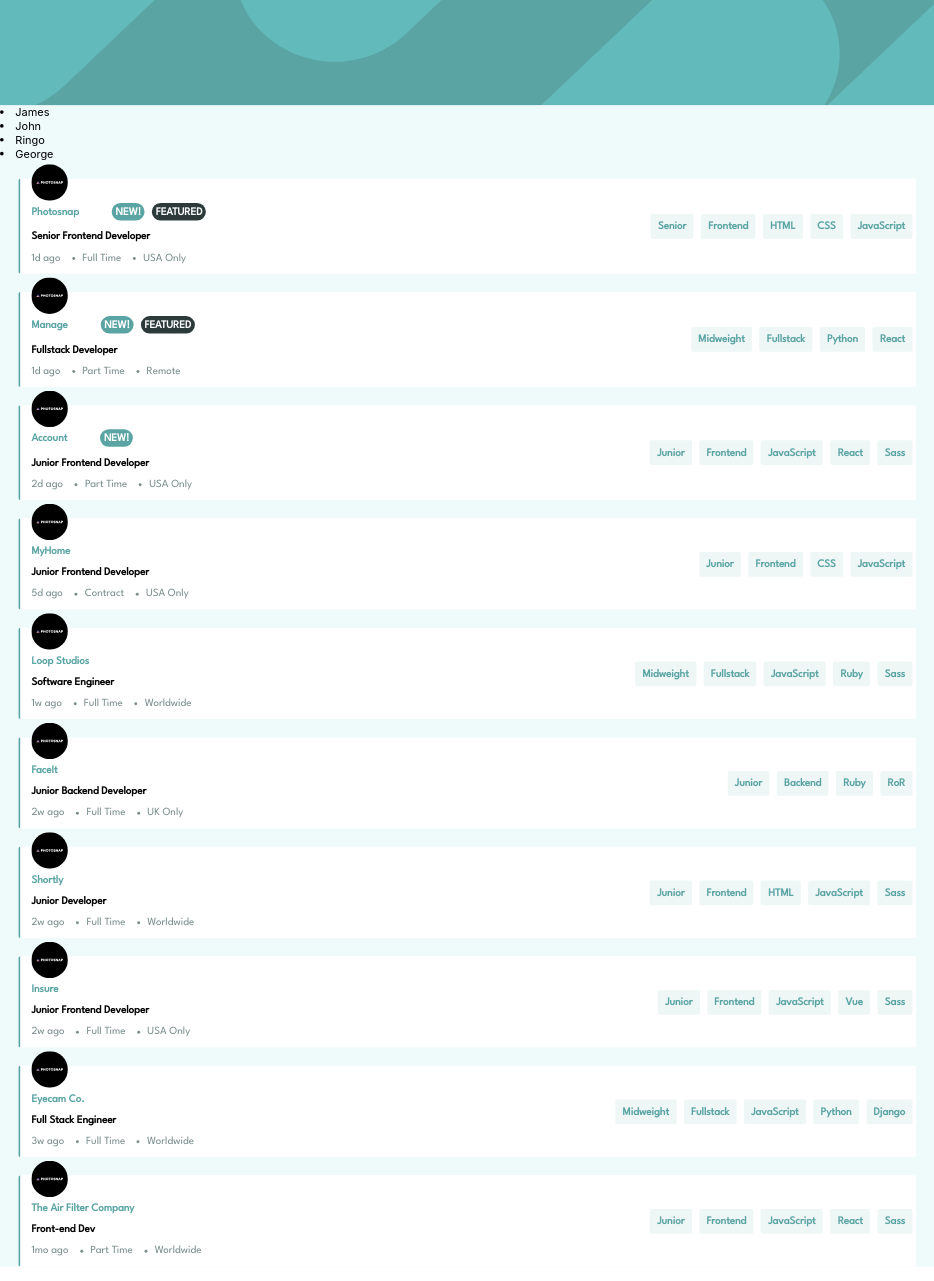
Repository: DevLaukey/job-listing
Page: /
These files come from the project's save history. The page is drawn as it stood at one moment and after a run of saves; the edit follows.
The browser window is 1280 px wide. The pictures show the whole page, at 73% of full size.
Some web fonts or font styles are not loaded; a fallback is used. The project was rebuilt for these pictures with package versions that can differ from the ones it lists, and the page was loaded fresh each time.

Above is the page before, as saved 2022-06-03 01:28:00.

### src/App.js
import "./App.css";
import Filter from "./components/Filter";
import Header from "./components/Header";
import Tablet from "./components/Tablet";
import data from "./data.json";

function App() {
  const tablets = data.map((data) => <Tablet
    key={data.id}
    company={data.company}
    neew={data.new}
    featured={data.featured}
    position={data.position}
    role={data.role}
    level={data.level}
    postedAt={data.postedAt}
    contract={data.contract}
    location={data.location}
    languages={data.languages}
    tools={data.tools}
    logo={data.logo} />);
  return (
    <div className="App">
      <Header />
      <Filter />
      <div className="content">{tablets}</div>
    </div>
  );
}

export default App;

### src/App.css
@import url('https://fonts.googleapis.com/css2?family=Grape+Nuts&family=League+Spartan&display=swap');
*{
  margin: 0;
  padding: 0;
  box-sizing: border-box;
}
.App{
  background-color: hsl(180, 52%, 96%);
  font-size: 15px;
}

### src/components/Filter.js
import React from 'react'
import icon from "./images/icon-remove.svg";
function Filter() {

    const people = [
      {
        name: "James",
        age: 31,
      },
      {
        name: "John",
        age: 45,
      },
      {
        name: "Paul",
        age: 65,
      },
      {
        name: "Ringo",
        age: 49,
      },
      {
        name: "George",
        age: 34,
      },
    ];
const filtered  = people.filter(person => person.age < 60).map(filteredPerson => (
    <li>
      {filteredPerson.name}
    </li>
  ))
    return (
        <>
            { filtered}</>
  );
}

export default Filter
    // <div className="tablet filter">
    //   <div className="option">
    //     <p className="front-end">Frontend</p>
    //     <div className="icon">
    //       <img src={icon} alt="" />
    //     </div>
    //   </div>

    //   <div className="clear">
    //     <p>Clear</p>
    //   </div>
    // </div>

### src/components/Header.js
import React from 'react'
import "./styles.css"

function Header() {
  return (
    <header className='header'></header>
  )
}

export default Header

### src/components/Tablet.js
import React from "react";
import "./styles.css";
import logos from "./images/photosnap.svg";
function Tablet({ key, company, logo, neew, featured, position, role, level, postedAt, contract, location, languages, tools }) {
    // console.log(logo);
    // const logos = require(logo).default;
    // console.log(logos)

    const handleFilter =  (e) => {
        console.log(document.getElementById("category").innerHTML);
    }
    return (
      <div className="tablet boarder">
        <div className="tablet_content">
          <img className="image" src={logos} alt="" />

          <div className="heading">
            <div className="company">
              <p>{company}</p>
            </div>
            <div>{neew && <p className="new">NEW!</p>}</div>
            <div>{featured && <p className="featured">FEATURED</p>}</div>
          </div>
          <div className="title">
            <p>{position}</p>
          </div>
          <div className="details">
            <p>{postedAt}</p>
            <ul className="list">
              <li>{contract}</li>
              <li className="country">{location}</li>
            </ul>
          </div>
          <hr className="line" />
        </div>
        <div className="tags">
          <p className="category" onClick={handleFilter}>
            {level}
          </p>
          <p className="category" onClick={handleFilter}>
            {role}
          </p>
          {languages.map((language) => (
            <p className="category" id="category" onClick={handleFilter}>
              {" "}
              {language}
            </p>
          ))}
          {tools.map((tool) => (
            <p className="category" onClick={handleFilter}>
              {" "}
              {tool}
            </p>
          ))}
        </div>
      </div>
    );
}

export default Tablet;

### src/components/styles.css
.header {
  background-image: url(../assets/bg-header-mobile.svg);
  padding: 10vh;
  background-color: hsl(180, 29%, 50%);
}
.tablet {
  background-color: white;
  margin: 25px 25px 20px 25px;
  font-family: "League Spartan", sans-serif;
  border-radius: 3px;
  font-weight: 700;
}
.boarder {
  border-left: 3px solid hsl(180, 29%, 50%);
}
.tablet_content {
  margin-left: 15px;
  margin-right: 25px;
  align-items: center;
}
.image {
  height: 50px;
  margin-top: -20px;
}
.heading {
  display: flex;
}
.company {
  color: hsl(180, 29%, 50%);
  margin-right: 3em;
  margin-top: 5px;
}
.new {
  background-color: hsl(180, 29%, 50%);
  padding: 5px;
  color: white;
  border-radius: 25px;
  margin-right: 10px;
}
.featured {
  background-color: hsl(180, 14%, 20%);
  padding: 5px;
  color: white;
  border-radius: 25px;
}
.title {
  margin-top: 15px;
}
.details {
  display: flex;
  color: hsl(180, 8%, 52%);
  font-weight: 400;
  margin-top: 15px;
  margin-bottom: 15px;
}
.list {
  display: flex;
  margin-left: 2em;
}
.country {
  margin-left: 2em;
}
.line {
  margin-bottom: 15px;
  color: gray;
}
.tags {
  color: hsl(180, 29%, 50%);
  display: flex;
  flex-wrap: wrap;
}
.category {
  background-color: hsl(180, 31%, 95%);
  padding: 10px;
  border-radius: 3px;
  margin: 5px;
}

.filter {
  display: flex;
  padding: 10px;
  border-radius: 3px;
  margin: -20px 20px 5px 20px;
  flex-wrap: wrap;
  justify-content: space-between;
}
.option {
    background-color: hsl(180, 31%, 95%);
  color: hsl(180, 29%, 50%);
  display: flex;
  align-items: center;
  width : fit-content;
  margin-bottom: 15px;
}
.front-end{
 padding: 5px;
}
.icon {
  margin-left: 10px;
 flex-grow: 1;
 height:100%;
 padding: 5px;
  background-color: hsl(180, 29%, 50%);
}
.clear{
      color: hsl(180, 8%, 52%);

}
/* media query */

@media screen and (min-width: 768px) {
  .header {
    background-image: url(../assets/bg-header-desktop.svg);
  }
  .line {
    display: none;
  }
  .tablet {
    display: flex;
    align-items: center;
    justify-content: space-between;
  }
}

Loaded but not shown: public/index.html (common file); src/index.js (common file); src/index.css (common file); src/reportWebVitals.js (common file); src/data.json (common file)

After the next 4 saves:
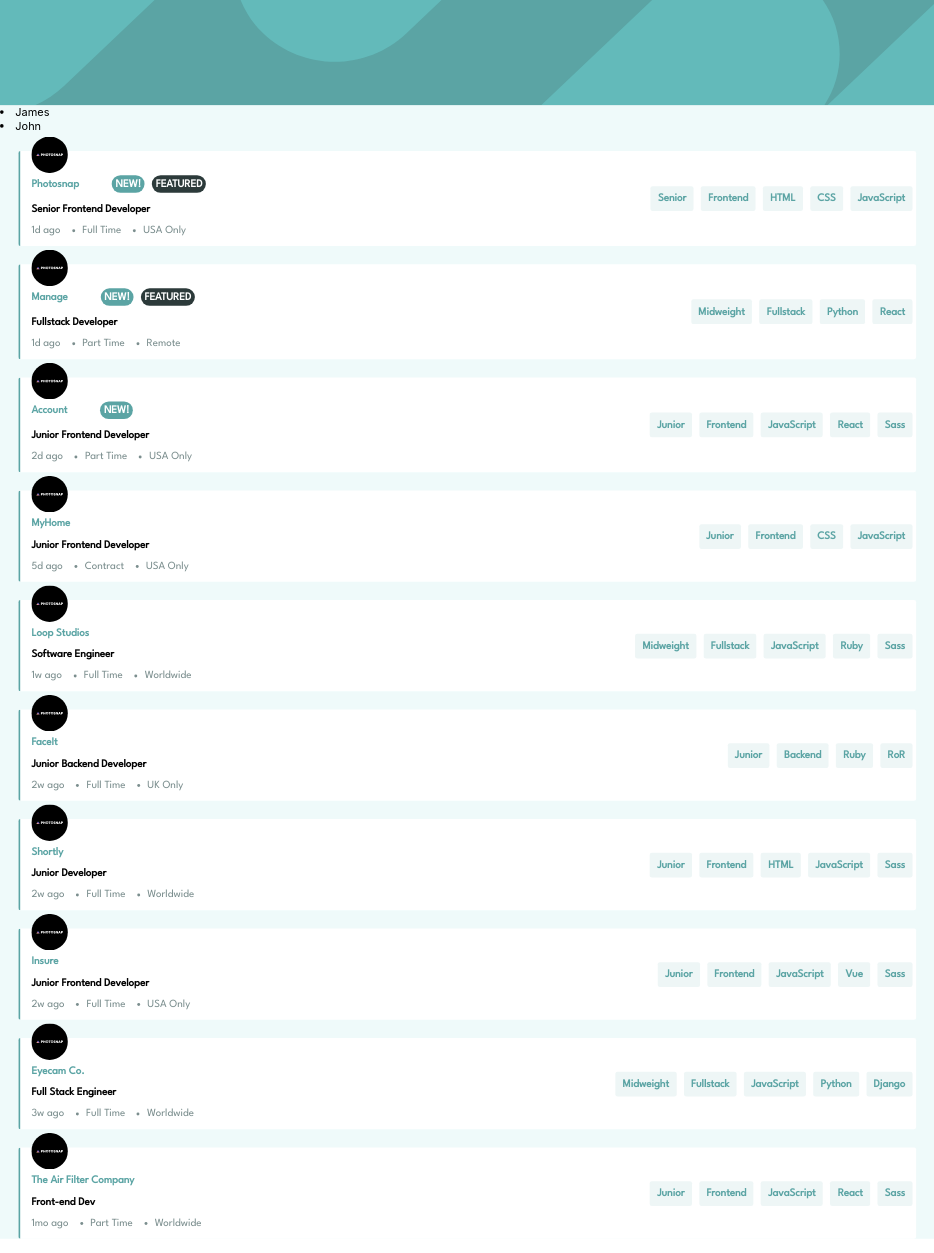
The 4 saves are shown as one change because 3 did not build or start.
The last was saved 98 s later.
--- a/src/components/Filter.js
+++ b/src/components/Filter.js
@@ -24,11 +24,9 @@ function Filter() {
         age: 34,
       },
     ];
-const filtered  = people.filter(person => person.age < 60).map(filteredPerson => (
-    <li>
-      {filteredPerson.name}
-    </li>
-  ))
+const filtered = people
+  .filter( name => name.name.includes("J"))
+  .map((filteredPerson) => <li>{filteredPerson.name}</li>);
     return (
         <>
             { filtered}</>
